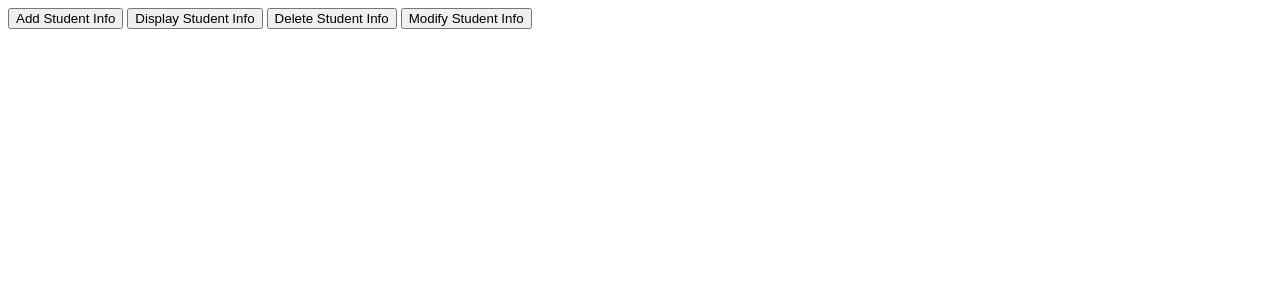
Repository: jks2127/SMS-webApp
Page: sms 1.2/WebContent/Options.html
An editor plug-in stored every save of this project. The page is shown before and after the next save, followed by the edit.
The browser window is 1280 px wide. The pictures show the whole page.

Above is the page before, as saved 2021-06-12 10:42:38.

After the next save:
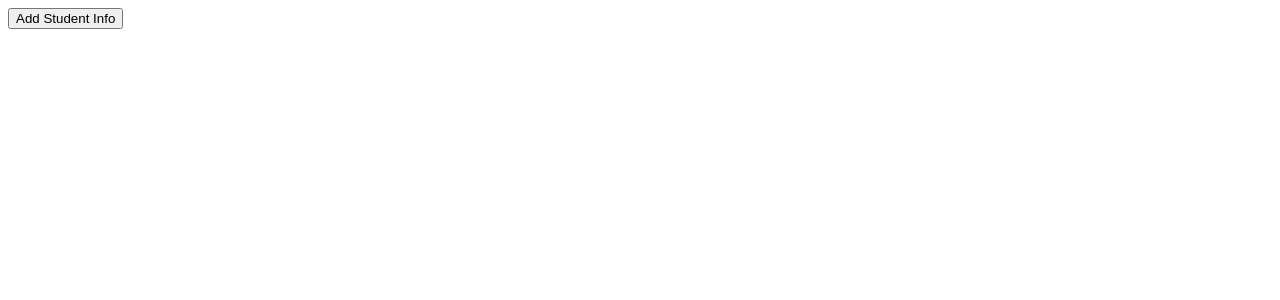
Saved 2 min 46 s later.
--- a/sms 1.2/WebContent/Options.html
+++ b/sms 1.2/WebContent/Options.html
@@ -6,10 +6,10 @@
 </head>
 <body>
 	<form action="">
-		<button>Add Student Info</button>
-		<button>Display Student Info</button>
-		<button>Delete Student Info</button>
-		<button>Modify Student Info</button>
+		<table>
+			<tr><button>Add Student Info</button> </tr>
+
+		</table>
 	</form>
 </body>
 </html>
